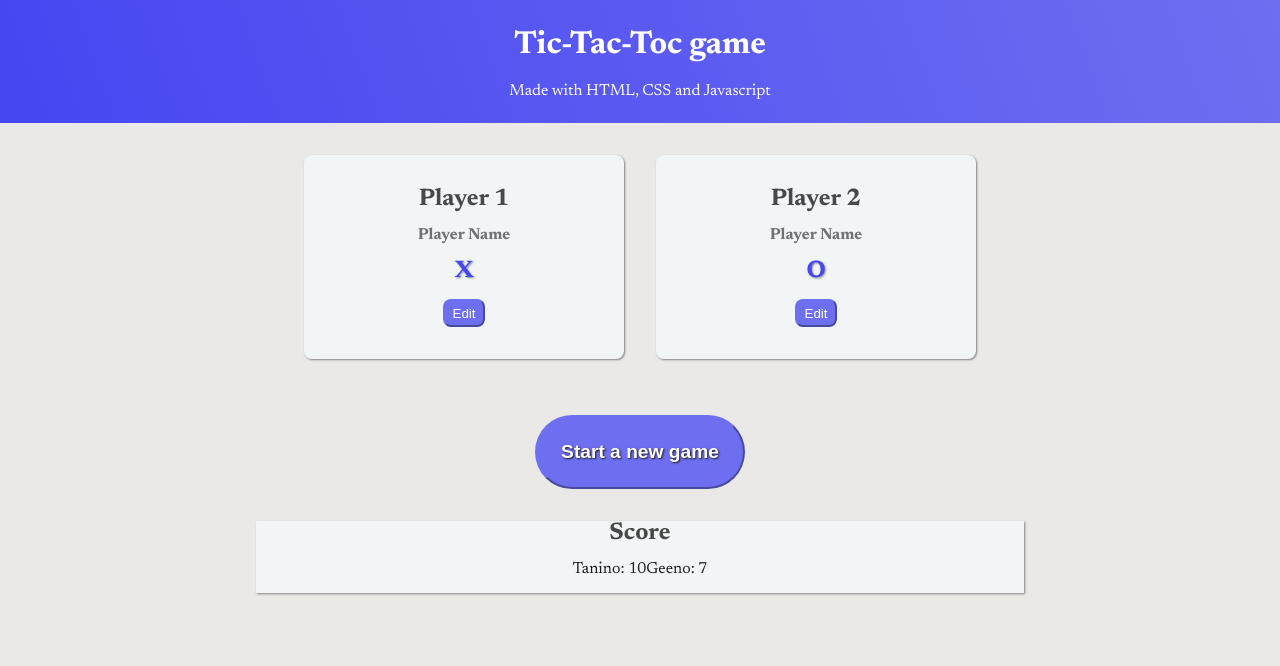
Repository: MicTomm/Tic-tac-toe-game
Page: index.html
An editor plug-in stored every save of this project. The page is shown before and after the next save, followed by the edit.
The browser window is 1280 px wide. The pictures show the whole page.

Above is the page before, as saved 2023-06-26 20:05:06.

### index.html
<!DOCTYPE html>
<html lang="en">

<head>
    <meta charset="UTF-8">
    <meta name="viewport" content="width=device-width, initial-scale=1.0">
    <title>Tic-Tac-Toe</title>
    <link rel="preconnect" href="https://fonts.googleapis.com">
    <link rel="preconnect" href="https://fonts.gstatic.com" crossorigin>
    <link href="https://fonts.googleapis.com/css2?family=Newsreader:wght@400;700&display=swap" rel="stylesheet">
    <link href="/styles/styles.css" rel="stylesheet">
    <link href="/styles/overlay.css" rel="stylesheet">
    <link href="/styles/game-configuration.css" rel="stylesheet">
    <link href="/styles/game-execution.css" rel="stylesheet">
    <script src="/scripts/configuration.js" defer></script>
    <script src="/scripts/game.js" defer></script>
    <script src="/scripts/app.js" defer></script>
</head>

<body>
    <div id="back-drop"></div>
    <header id="main-header">
        <h1>Tic-Tac-Toc game</h1>
        <p>Made with HTML, CSS and Javascript</p>
    </header>
    <main>
        <aside id="aside-container">
            <header id="id=" aside-header>
                <h2>Chose your name</h2>
            </header>
            <form>
                <div id="aside-input-container">
                    <label for="choosing-player-name" id="choosing-player-name-label">Player name</label>
                    <input type="text" id="choosing-player-name" name="player-name" required>
                    <div id="input-validation-error-container">
                        <svg xmlns="http://www.w3.org/2000/svg" fill="none" viewBox="0 0 24 24" stroke-width="1.5"
                            stroke="currentColor" class="w-6 h-6">
                            <path stroke-linecap="round" stroke-linejoin="round"
                                d="M12 9v3.75m9-.75a9 9 0 11-18 0 9 9 0 0118 0zm-9 3.75h.008v.008H12v-.008z" />
                        </svg>
                        <p id="input-validation-error"></p>
                    </div>

                </div>
                <div id="aside-buttons-container">
                    <button type="button" class="btn alternative-btn" id="cancel-btn">
                        Cancel
                    </button>
                    <button type="submit" class="btn">Confirm</button>
                </div>
            </form>
        </aside>
        <section id="game-configuration">
            <div id="game-configuration-container">
                <article>
                    <div id="player1-container">
                        <h2>Player 1</h2>
                        <p id="player1-name">Player Name</p>
                        <p class="symbol">X</p>
                        <button id="edit-p1-btn" class="btn" data-playerid="1">Edit</button>
                    </div>
                </article>
                <article>
                    <div id="player2-container">
                        <h2>Player 2</h2>
                        <p id="player2-name">Player Name</p>
                        <p class="symbol">O</p>
                        <button id="edit-p2-btn" class="btn" data-playerid="2">Edit</button>
                    </div>
                </article>
            </div>
            <div id="start-game-container">
                <button type="button" id="start-game-btn" class="btn">Start a new game</button>
            </div>
        </section>

        <div id="score-container">

            <h2>Score</h2>
            <div id="score-players-div">
                <div id="p1-score">
                    <p>Tanino: <span>10</span></p>
                </div>
                <div id="p2-score">
                    <p>Geeno: <span>7</span></p>
                </div>
            </div>
        </div>
        <section id="game-execution">



            <article id="game-over">
                <h2>You won, <span id="winner-player-name">PLAYER NAME</span>!</h2>
                <p>Click the "Start New Game" button above, to start a new game!</p>
            </article>

            <p id="p-turn">It's your turn <span id="active-player-name">PLAYER NAME</span> !</p>
            <ol id="game-board">
                <li value="1"></li>
                <li value="2"></li>
                <li value="3"></li>

                <li value="4"></li>
                <li value="5"></li>
                <li value="6"></li>

                <li value="7"></li>
                <li value="8"></li>
                <li value="9"></li>
            </ol>
        </section>
        </section>
    </main>

</body>

</html>

### styles/styles.css
body {
    margin: 0;
    background-color: rgb(235, 232, 232);
    font-family: 'Newsreader', serif;
    color: rgb(27, 27, 27);
}

h2 {
    margin: 0rem;
    color: rgb(27, 27, 27, 0.8);
    text-shadow: .5px .5px 1px rgba(255, 255, 255, 0.5);
}

#main-header {
    background: linear-gradient(70deg, rgb(70, 70, 242), rgb(110, 110, 241));
    color: white;
    padding: 0.5rem 5%;
    text-align: center;
}

.btn {
    background-color: rgb(110, 110, 241);
    border-color: rgb(110, 112, 241);
    color: white;
    border-radius: 8px;
    padding: 0.3rem 0.5rem;
    cursor: pointer;
}

.alternative-btn {
    background-color: rgb(223, 223, 239);
    border-color: transparent;
    color: rgb(27, 27, 27);
    margin: 0.5rem;
}

.btn:hover {
    background-color: rgb(127, 127, 233);
    box-shadow: 1px 1px 2px rgb(27, 27, 27);
}

.alternative-btn:hover {
    background-color: rgb(210, 210, 235);
    border-color: rgb(205, 205, 233);
}

aside h2,
aside label {
    color: rgb(110, 110, 241);
    text-shadow: .5px .5px 1px rgb(27, 27, 27, 0.5);
}

form label {
    display: block;
    margin-bottom: .5rem;
}

form input {
    padding: .3rem;
    border-color: transparent;
    border-radius: 8px;
    font-family: inherit;
}

form input:hover,
form input:focus {
    outline: rgb(110, 110, 241) auto 1px;
}

form #aside-buttons-container {
    display: flex;
    flex-flow: row;
    justify-content: center;
    align-items: center;
    margin: .5rem;
}

### styles/overlay.css
#aside-container {
text-align: center;
    background-color: rgb(241, 245, 245);
    width: 90%;
    margin: 0rem auto;
    border-radius: .6rem;
    padding: .5rem 0rem;
    position: fixed;
    top: 25%;
    left: 5%;
    display: none;
}

#back-drop {
    background-color: rgba(86, 78, 78, 0.5);
    width: 100%;
    height: 100%;
    position: fixed;
    display: none;
}

aside h2,
aside label {
    color: rgb(110, 110, 241);
    text-shadow: .5px .5px 1px rgb(27, 27, 27, 0.5);
}

form label {
    display: block;
    margin-bottom: .5rem;
}

.choosing-player-name-label-error{
    color: red;
}

form input {
    padding: .3rem;
    border-color: transparent;
    border-radius: 8px;
    font-family: inherit;
    font-weight: 700;
    color: rgb(27, 27, 27, 0.7);
    text-align: center;
    width: 40%;
    margin: .1rem 30%;
}

.choosing-player-name-error{
    border-color:red;
    background-color: rgb(244, 183, 183);
}

form input:hover,
form input:focus {
    outline: rgb(110, 110, 241) auto 1px;
}

form #aside-buttons-container {
    display: flex;
    flex-flow: row;
    justify-content: center;
    align-items: center;
    margin: .5rem;
}

#input-validation-error-container{
    height: 1rem;
    width: 40%;
    margin: .1rem 30%;
    display: none;
    color: red;
}

#input-validation-error{
    font-size: .8rem;
    margin: 0 0 0 .2rem;
    padding-top: 0.2rem;
}

svg{
    height: 1rem;
    width: 1rem;
}

@media (min-width: 48rem) {

    #aside-container {
        position: fixed;
        top: 25%;
        left: calc(50% - 20rem);
        width: 40rem;
    }

}

### styles/game-configuration.css
#game-configuration{
    display: flex;
    flex-flow: column;
    align-items: center;
    margin: 2rem auto;
    width: 90%;
}

#game-configuration-container{
    display: flex;
    flex-flow: row;
    justify-content: center;
    align-items: center;
    margin-bottom: 3.5rem;
}

#player1-container,
#player2-container{
    background-color: rgb(241, 245, 245);
    margin: 0rem 1rem;
    padding: 2rem 0rem;
    display: flex;
    flex-flow: column;
    justify-content: center;
    align-items: center;
    width: 20rem;
    border-radius: 8px;
    box-shadow: 1px 1px 2px rgb(27, 27, 27, 0.5);
}

#game-configuration p{
    color: rgb(27, 27, 27, 0.6);
    font-weight: bold;
}

#game-configuration .symbol{
    margin: 0rem 0rem 1rem 0rem;
    font-weight: 700;
    font-size: 1.5rem;
    color: rgb(70, 70, 242);
    text-shadow: 1px 1px 2px rgb(27, 27, 27, 0.5);
}

#start-game-container{
    display: block;

}

#start-game-btn{
    padding: 1.5rem;
    border-radius: 20rem;
    font-size: 1.2rem;
    font-weight: 700;
    text-shadow: 1px 1px 2px rgb(27, 27, 27);
    cursor: pointer;
}

#start-game-btn:hover{
    background: linear-gradient(70deg, rgb(152, 228, 40), rgb(70, 70, 242));
}

### styles/game-execution.css
#game-execution{
    width: 90%;
    margin: 2rem auto;
    text-align: center;
    display: none;
}

#game-over{
    display: none;
    margin: 0rem auto;
    padding: 1rem;
    background: linear-gradient(70deg, rgb(68, 68, 248), rgb(143, 143, 242));
    border-radius: 10px;
    box-shadow: 1px 1px 2px rgb(27, 27, 27, 0.5);
    max-width: 40rem;
}

#game-over p{
    color: white;
    text-shadow: .5px .5px 1px rgb(27, 27, 27, 0.5);
    font-weight: 400;
}

#p-turn{
    color: rgb(67, 74, 67);
    font-weight: 700;
    font-size: 1.5rem;
    text-shadow: .5px .5px 1px rgb(27, 27, 27, 0.8);
    display: none;
}

#active-player-name{
    color: rgb(38, 177, 38);
}

#game-board{
    display: none;
    justify-content: center;
    grid-template-columns: repeat(3, 6rem); /*lo stesso che scrivere 6rem 6rem 6rem*/
    grid-template-rows: repeat(3, 6rem);
    list-style: none;
    gap: .5rem;
    padding: 0rem;
}

#game-execution li{
    background-color: rgb(143, 143, 242);
    display: flex;
    justify-content: center;
    align-items: center;
    color: rgb(27, 27, 27, 0.5)l;
    font-weight: 700;
    text-shadow: .5px .5px 1px rgb(255, 255, 255, 0.7);
    font-size: 2rem;
    border-radius: 8px;
    cursor: pointer;
}

#game-execution li:hover{
    background-color: rgb(68, 68, 248);
    text-shadow: .5px .5px 1px rgb(27, 27, 27);
    color: white;
}

#game-execution li.disabled{
    background-color: rgb(68, 68, 248);
    text-shadow: .5px .5px 1px rgb(27, 27, 27);
    cursor: default;
    color: white;
}

#score-container{
    text-align: center;
    background-color: rgb(241, 245, 245);
    box-shadow: 1px 1px 2px rgb(27, 27, 27, 0.5);
    width: 60%;
    margin: 1rem auto;
}

#score-players-div{
    display: flex;
    justify-content: center;
    align-items: center;
}

### scripts/configuration.js
function editPlayerConfiguration(event) {
    /**
     * playerid è un attributo che realizzo nel file .html (data-playerid), per gli elementi edit-p1-btn
     * e edit-p2-btn, al fine di tracciare quale dei due button-edit sto cliccando, ed utilizzarne
     * l'identificativo estrapolato in js.
     *
     * Si possono aggiungere più attributi(proprietà) allo stesso elemento.
     *
     * l'attributo si realizza sempre facendo succedere una o più stringhe di testo alla stringa 'data-'.
     * Bisogna scrivere le stringhe tutto in minuscolo perché, se faccio console.dir(event), facendo
     * drilling fino alla voce target, posso constatare che, anche se scrivo in camelcase, l'attributo
     * viene registrato tutto in lowercase.
     *
     * Se voglio scrivere invece che data-playerid, data-player-id, nel codice js devo poi estrapolarlo come:
     * event.target.dataset['player-id']
     */
    const playerIdSelected = event.target.dataset.playerid;
    playerId = playerIdSelected;

    isNotToCancel = false;

    console.log(players[playerId - 1].name);

    if (players[playerId - 1].name){
        inputValidationInput.value = players[playerId - 1].name;
    } else {
        inputValidationInput.value = '';
    }

    console.log(playerId);


    overlay.style.display = 'block';
    backdrop.style.display = 'block';


}

function cancelPlayerConfiguration() {
    overlay.style.display = 'none';
    backdrop.style.display = 'none';
    removeInputError();

    console.log(isNotToCancel);

    if(!isNotToCancel){
        console.log('to cancel');
        players[playerId - 1].name = '';
        console.log(players[playerId - 1].name);

        if(playerId == players[playerId - 1].id){
            player1Name.textContent = 'Player Name';
        } else {
            player2Name.textContent = 'Player Name';
        }
    }
}

function savePlayerConfig(event) {
    /*
    preventDefault() evita che venga eseguito il comportamento di default quando viene inviato
    il form.
    Tale comportamento consiste nell' inviare una richiesta GET al web server che la processerà,
    nel mio caso il server locale.
    */
    event.preventDefault();

    /*
    event è un oggetto js generato automaticamente dal browser al verificarsi di un evento, e che lo
    descrive.
    Con l'attributo target, si punta direttamente all'elemento HTML che ha generato l'evento.
    In questo caso il form, perché è stato il form ad essere inviato.

    new FormData è una built-in function che è resa disponibile direttamente nel browser in js.
    Con 'new', istanzio un oggetto di tipo FormData, e passandogli come parametro il pointer al form,
    posso estrapolare tutte le informazioni submitted che, in HTML presentano l'ttributo 'name' nel
    rispettivo input-element.
    */
    const formData = new FormData(event.target);
    playerName = formData.get('player-name').trim();
    console.log('Player name: ' + playerName);

    /*  Una stringa vuota è un falsy-value
    Una stringa che ha un valore è un truly-value
    Quindi, sto dicendo: se la stringa non è truly
    */
    if (!playerName) {

        inputValidationLabel.classList.add('choosing-player-name-label-error');
        inputValidationInput.classList.add('choosing-player-name-error');

        inputValidationErrorContainer.style.display = 'flex';
        inputValidationErrorContainer.style.flexFlow = 'row';
        inputValidationErrorContainer.style.justifyContent = 'center';
        inputValidationErrorContainer.style.alignItems = 'center';
        inputValidationErrorParagraph.textContent = 'Please, enter valid a name!';
        return;
    }
    else {
        removeInputError();

        players[playerId - 1].name = playerName;


        if (playerId == 1) {
            player1Name.textContent = playerName;
        } else {
            player2Name.textContent = playerName;
        }

        isNotToCancel = true;

        cancelPlayerConfiguration();
    }

}

function removeInputError() {
    inputValidationErrorContainer.style.display = 'none';
    inputValidationInput.classList.remove('choosing-player-name-error');
    inputValidationLabel.classList.remove('choosing-player-name-label-error');
}

### scripts/game.js
function startNewGame() {
    if (players[0].name === '' || players[1].name === '') {
        alert('Please, set a custom player name');
        return;
    }

    gameExecutionSection.style.display = 'block';
    gameBoard.style.display = 'grid';
    gameOver.style.display = 'none';
    pPlayerTurn.style.display = 'block';
    spanPlayerTurn.textContent = players[activePlayer].name;

    if (isGameEnded) {
        gameOver.style.display = 'none';
        pPlayerTurn.style.display = 'block';

        p1SelectedFieldSet.length = 0;
        p2SelectedFieldSet.length = 0;
        for (const cell of gameBoardCells) {
            cell.classList.remove('disabled');
            cell.textContent = '';
            cell.style.cursor = 'pointer';
            cell.addEventListener('click', fillingCell);
        }
    }

}

function fillingCell(event) {
    event.target.classList.add('disabled');
    event.target.textContent = players[activePlayer].symbol;
    playerTurnCounter++;

    //stabilisco il turno del giocatore
    if (activePlayer === 0) {
        p1SelectedFieldSet.push(event.target.value);

        if (playerTurnCounter >= 5) {

            executingTurns(p1SelectedFieldSet, 0);

        }
        activePlayer = 1;

    } else {
        p2SelectedFieldSet.push(event.target.value);

        if (playerTurnCounter >= 5) {

            executingTurns(p2SelectedFieldSet, 1);

        }

        activePlayer = 0;
    }

    //aggiorno il nome del player per il prossimo turno, e rendo la cella marcata non più cliccabile
    spanPlayerTurn.textContent = players[activePlayer].name;
    event.target.removeEventListener('click', fillingCell);

    console.log(p1SelectedFieldSet);
    console.log(p2SelectedFieldSet);

}

function executingTurns(array, playerIndex) {
    for (const solution in solutions) {
        console.log('solutions: ' + solution);
        matches = 0;
        for (const s of solutions[solution]) {
            console.log('s: ' + s);
            for (const selectedField of array) {

                if (s == selectedField) {
                    matches++;
                    console.log('s: ' + s + ' == selectedField: ' + selectedField);
                    break;
                }

            }
        }
        if (matches == 3) {
            console.log('hai vinto');
            gameOver.style.display = 'block';
            pPlayerTurn.style.display = 'none';
            winnerPlayerName.textContent = players[playerIndex].name;

            for (const cell of gameBoardCells) {
                cell.style.cursor = 'default';
                cell.removeEventListener('click', fillingCell);
            }
            isGameEnded = true;
            return;
        }
    }

}

### scripts/app.js
/*
    E' possibile puntare ad una function presente in una altro file .js
    Affinché ciò sia possibile, bisogna importare nel file .htm prima il file.js in cui è definita la
    function e successivamente il .js in cui la si utilizza.
*/
console.dir(document.body);
let playerId = 0;
let playerName;
let isNotToCancel = false;
let activePlayer = 0;
let playerTurnCounter = 0;
const p1SelectedFieldSet = [];
const p2SelectedFieldSet = [];
let matches = 0;
let isGameEnded = false;

const players = [
    {
        name: '',
        id: 1,
        symbol: 'X'
    },
    {
        name: '',
        id: 2,
        symbol: 'O'
    }
]

const solutions = {
    s1:[1,2,3],
    s2:[4,5,6],
    s3:[7,8,9],
    s4:[1,4,7],
    s5:[2,5,8],
    s6:[3,6,9],
    s7:[1,5,9],
    s8:[3,5,7]
}

const overlay = document.getElementById('aside-container');
const backdrop = document.getElementById('back-drop');

const editP1Btn = document.getElementById('edit-p1-btn');
const editP2Btn = document.getElementById('edit-p2-btn');
const cancelPConfigurationBtn = document.getElementById('cancel-btn');
const startGameBtn = document.getElementById('start-game-btn');

const form = document.querySelector('form');

const inputValidationErrorContainer = document.getElementById('input-validation-error-container');
const inputValidationLabel = document.getElementById('choosing-player-name-label');
const inputValidationInput = document.getElementById('choosing-player-name');
const inputValidationErrorParagraph = document.getElementById('input-validation-error');

const player1Name = document.getElementById('player1-name');
const player2Name = document.getElementById('player2-name');

const gameExecutionSection = document.getElementById('game-execution');
//const gameExecutionSection = document.querySelector('.game-execution');

const gameBoard = document.getElementById('game-board');
const gameBoardCells = document.querySelectorAll('#game-board li');
const pPlayerTurn = document.getElementById('p-turn');
const spanPlayerTurn = document.getElementById('active-player-name');

const gameOver = document.getElementById('game-over');
const winnerPlayerName = document.getElementById('winner-player-name');


editP1Btn.addEventListener('click', editPlayerConfiguration);
editP2Btn.addEventListener('click', editPlayerConfiguration);
cancelPConfigurationBtn.addEventListener('click', cancelPlayerConfiguration);
form.addEventListener('submit', savePlayerConfig);
startGameBtn.addEventListener('click', startNewGame);

for (const cell of gameBoardCells){
    cell.addEventListener('click', fillingCell);
}

After the next save:
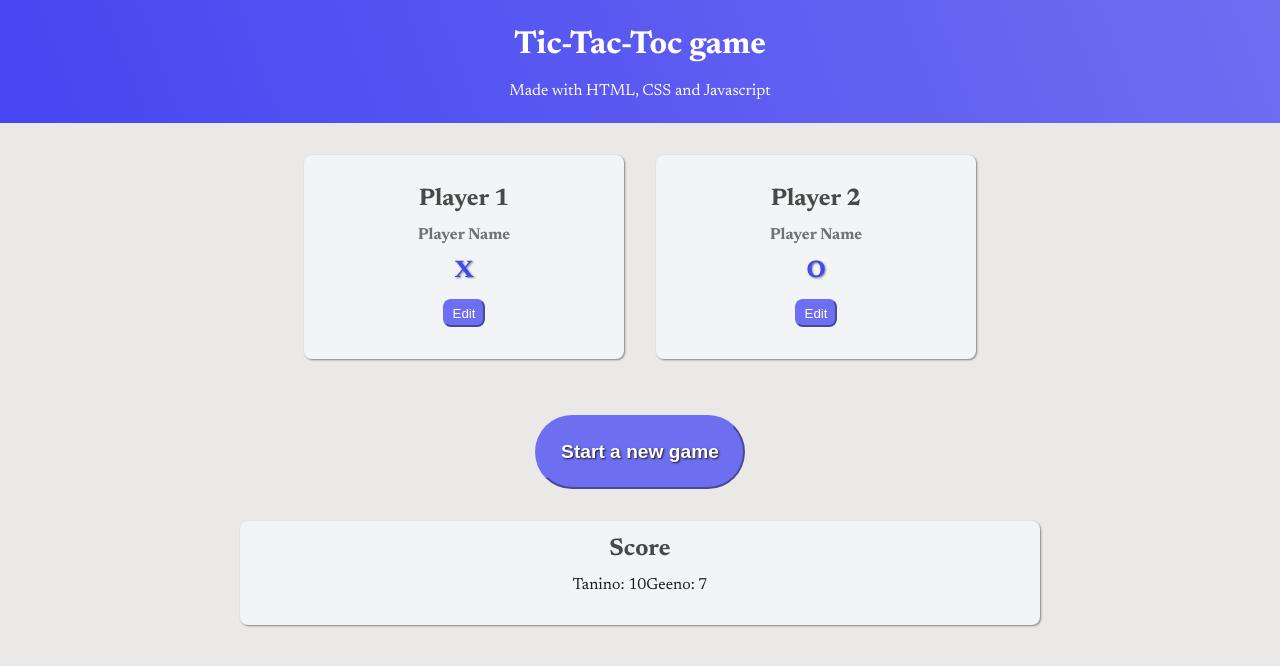
Saved 62 s later.
--- a/styles/game-execution.css
+++ b/styles/game-execution.css
@@ -72,6 +72,8 @@
 #score-container{
     text-align: center;
     background-color: rgb(241, 245, 245);
+    border-radius: 8px;
+    padding: 1rem;
     box-shadow: 1px 1px 2px rgb(27, 27, 27, 0.5);
     width: 60%;
     margin: 1rem auto;
